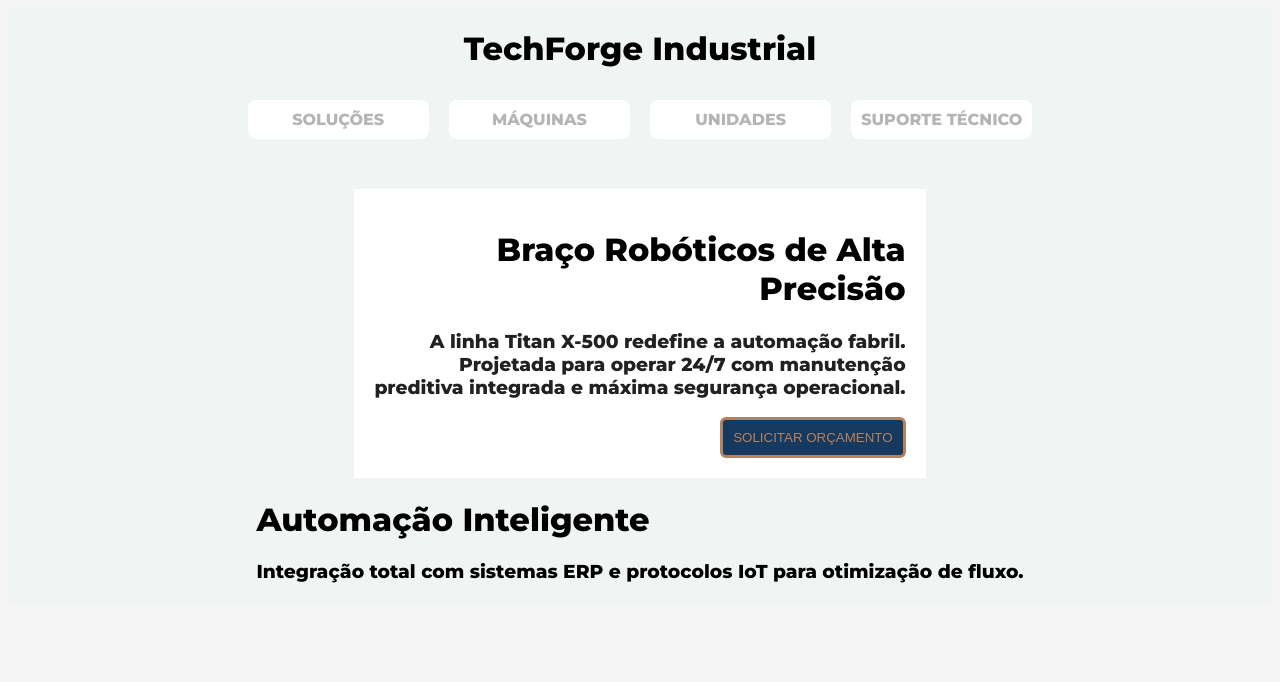
Repository: MiguelSebastiana/AtividadesFrontEnd
Page: aulaDia27Maio/index.html
An editor plug-in stored every save of this project. The page is shown before and after a run of saves, followed by the edit.
The browser window is 1280 px wide. The pictures show the whole page.

Above is the page before, as saved 2026-05-27 18:59:08.

After the next 2 saves:
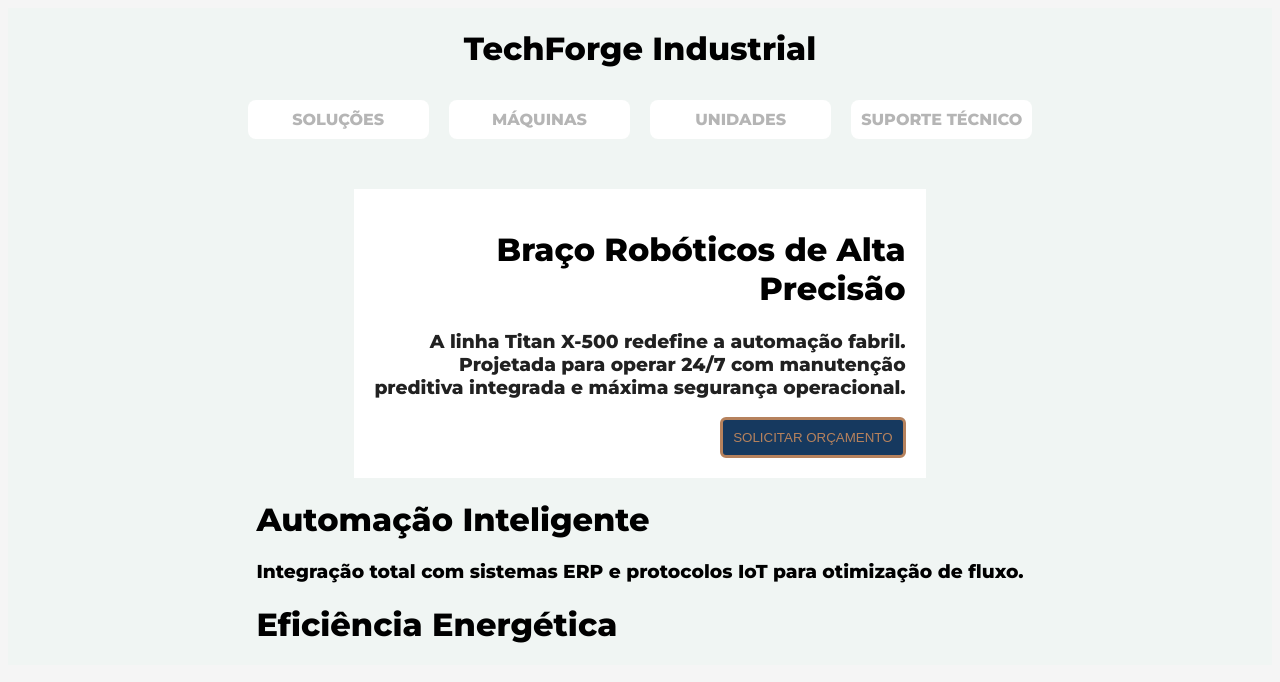
The 2 saves are shown as one change because they came seconds apart.
The last was saved 7 s later.
--- a/aulaDia27Maio/index.html
+++ b/aulaDia27Maio/index.html
@@ -38,7 +38,8 @@
             <h1>Automação Inteligente</h1>
             <h3>Integração total com sistemas ERP e protocolos IoT para otimização de fluxo.</h3>
 
-            <h1></h1>
+            <h1>Eficiência Energética</h1>
+            <h3>    </h3>
 
         </div>
 
